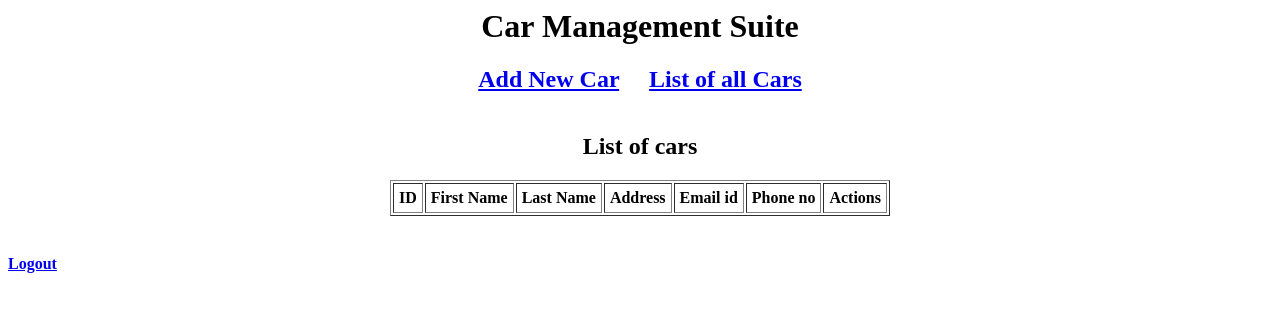
Repository: aforaswin/car-rental
Page: http://localhost/Car_Rental/WEB-INF/ListCar.jsp
The author's editor kept a copy of each file at every save. The page is drawn from the files as they stood at one save, then again after the next save.
The browser window is 1280 px wide. The pictures show the whole page.
The page is served by Tomcat 9. Nobody is signed in. The template is opened directly, without the code that normally fills it, so the values that code supplies are empty.

Above is the page before, as saved 2017-09-14 11:07:03.

After the next save:
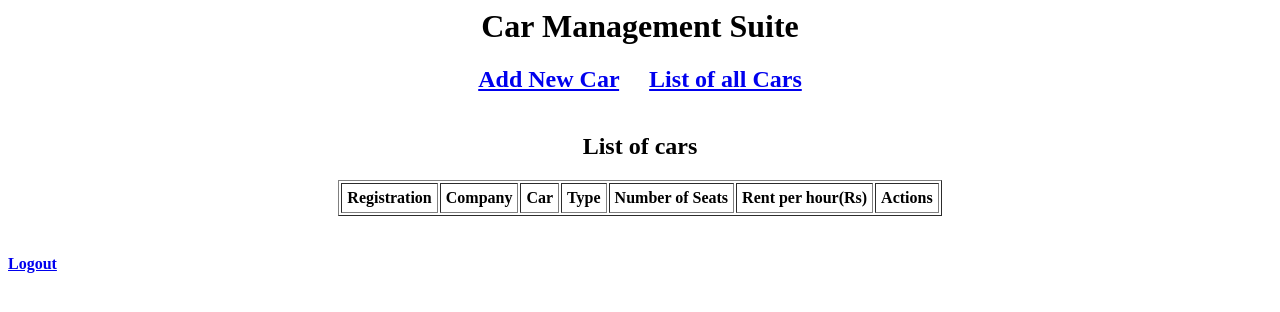
Saved 118 s later.
--- a/Car Rental/WebContent/WEB-INF/ListCar.jsp
+++ b/Car Rental/WebContent/WEB-INF/ListCar.jsp
@@ -19,12 +19,12 @@
         <table border="1" cellpadding="5">
             <caption><h2>List of cars</h2></caption>
             <tr>
-                <th>ID</th>
-                <th>First Name</th>
-                <th>Last Name</th>
-                <th>Address</th>
-                <th>Email id</th>
-                <th>Phone no</th>
+                <th>Registration</th>
+                <th>Company</th>
+                <th>Car</th>
+                <th>Type</th>
+                <th>Number of Seats</th>
+                <th>Rent per hour(Rs)</th>
                 <th>Actions</th>
             </tr>
             <c:forEach var="employee" items="${listEmployee}">
